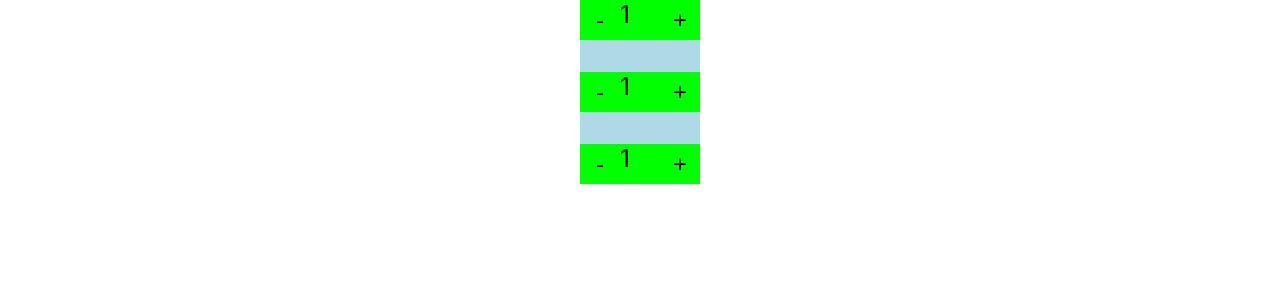
Repository: max535/test-task-netrika
Page: /
The author's editor kept a copy of each file at every save. The page is drawn from the files as they stood at one save, then again after the next save.
The browser window is 1280 px wide. The pictures show the whole page.
The project was rebuilt for these pictures with package versions that can differ from the ones it lists, and the page was loaded fresh each time.

Above is the page before, as saved 2021-10-16 07:12:09.

### public/index.html
<!DOCTYPE html>
<html lang="en">
  <head>
    <meta charset="utf-8" />
    <meta name="viewport" content="width=device-width, initial-scale=1" />
    <title>Тестовые задания</title>
  </head>
  <body>
    <div id="root"></div>
  </body>
</html>

### src/App.js
import React from 'react';
import Counter from './Counter/Counter';
import './App.css';

function App() {
  return (
    <div className="App">
      <div className="Frame">
        <Counter className="White" />
        <Counter className="Red" />
        <Counter className="Lime" />
      </div>
    </div>
  );
}

export default App;

### src/Counter/Counter.js
import React, { useState } from 'react';
import "./Counter.css";

const Counter = () => {
    const [count, setCount] = useState(1);

    const handleIncrement = () => {
        setCount(count + 1);
    }

    const handleDecrement = () => {
        setCount(count - 1);
    }

    return (
        <div className="Counter">
            <button className="Decrement" onClick={handleDecrement}>-</button>
            <div className="Count">{count}</div>
            <button className="Increment" onClick={handleIncrement}>+</button>
        </div>
    );
}

export default Counter;

### src/App.css
.App {
  display: flex;
  flex-direction: column;
  align-items: center;
  width: 100%;
  height: 100%;
}

### src/Counter/Counter.css
.Frame {
    display: flex;
    flex-direction: column;
    align-items: center;
    justify-content: space-between;
    width: 120px;
    height: 184px;
    background-color: lightblue;
}


.Counter {
    display: flex;
    flex-direction: row;
    justify-content: space-between;
    width: 120px;
    height: 40px;
    background-color: lime;

}

.Decrement, .Increment {
    width: 40px;
    height: 40px;
    border: none;
    background-color: inherit;
    font-size: 24px;
}

/* .Increment {
    width: 40px;
    height: 40px;
} */

.Count {
    width: 40px;
    height: 40px;
    font-size: 24px;
    margin: 0 auto;
}

Loaded but not shown: src/index.js (common file); src/index.css (common file)

After the next save:
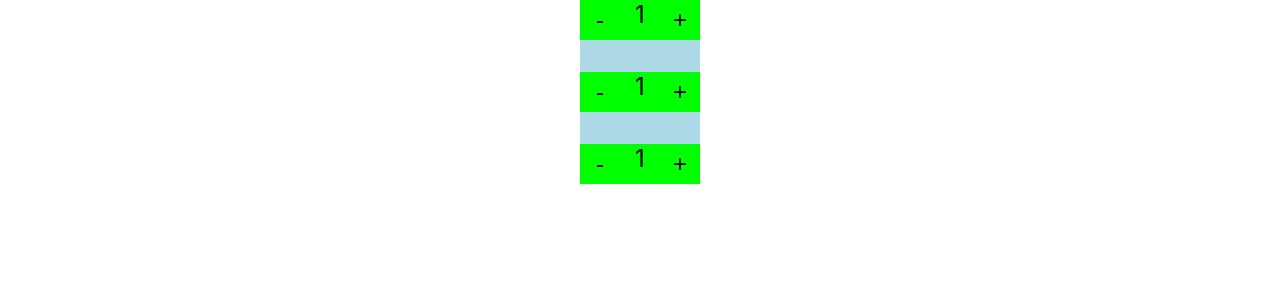
Saved 12 s later.
--- a/src/Counter/Counter.css
+++ b/src/Counter/Counter.css
@@ -36,5 +36,5 @@
     width: 40px;
     height: 40px;
     font-size: 24px;
-    margin: 0 auto;
+    text-align: center;
 }
